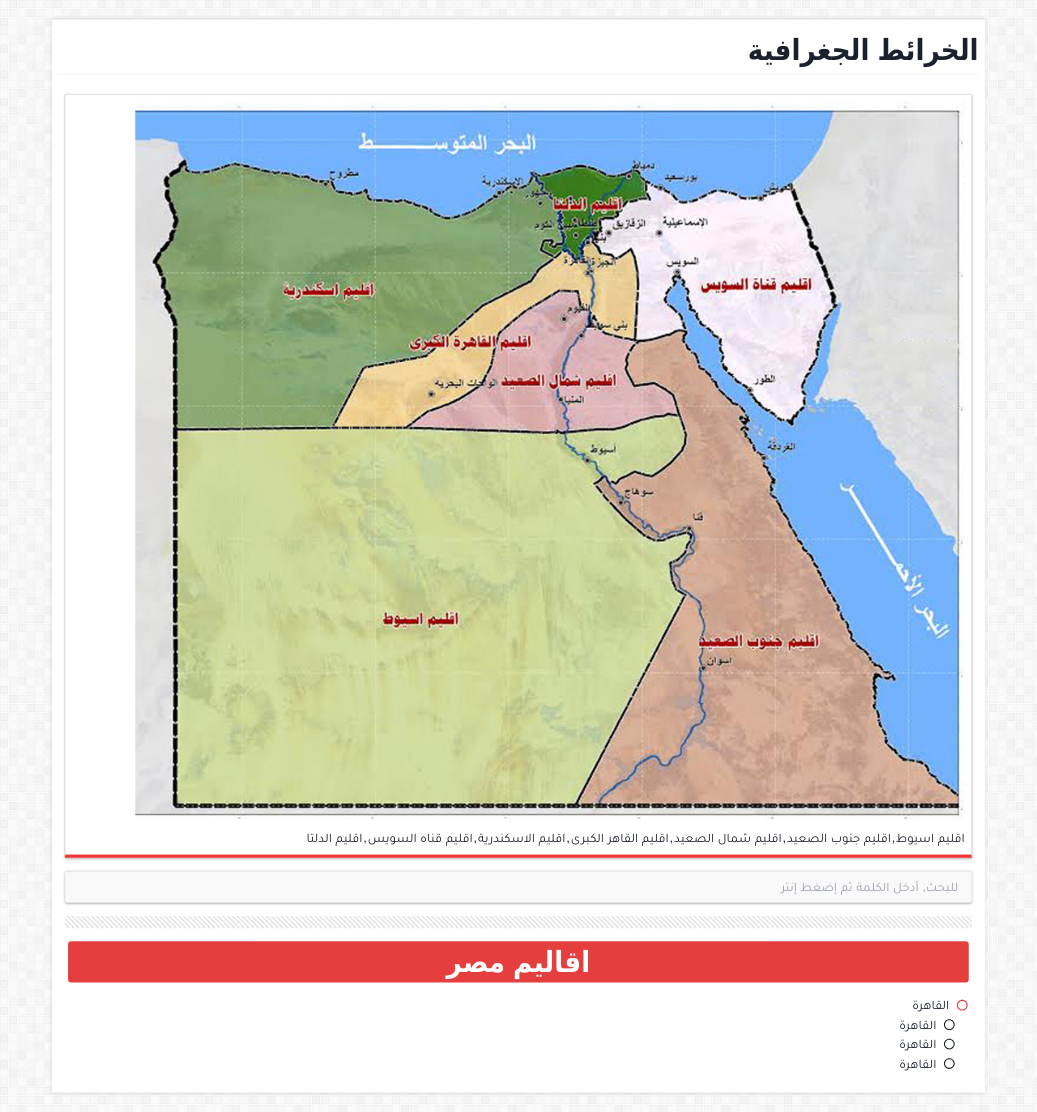
Repository: ahmed-mohamed-eng/egypt-gov-map
Page: /
The author's editor kept a copy of each file at every save. The page is drawn from the files as they stood at one save, then again after the next save.
The browser window is 1280 px wide. The pictures show the whole page, at 81% of full size.
Some web fonts or font styles are not loaded; a fallback is used. The project was rebuilt for these pictures with package versions that can differ from the ones it lists, and the page was loaded fresh each time. The framework's server and built-in components were replaced by stand-ins that run in the browser. Also part of the build but not shown: next.config.js.

Above is the page before, as saved 2022-05-30 14:22:43.

### pages/_app.tsx
import "../styles/globals.css";

import type { AppProps } from "next/app";

import { ChakraProvider, extendTheme } from "@chakra-ui/react";

const theme = extendTheme({
  fonts: {
    heading: `Arial, Helvetica,"Aref Ruqaa" ,'Segoe UI', Tahoma, Geneva, Verdana, sans-serif`,
  },
});

function MyApp({ Component, pageProps }: AppProps) {
  return (
    <ChakraProvider theme={theme}>
      <Component {...pageProps} />
    </ChakraProvider>
  );
}

export default MyApp;

### pages/_document.tsx
import Document, {
  Html,
  Head,
  Main,
  NextScript,
  DocumentContext,
} from "next/document";

class MyDocument extends Document {
  static async getInitialProps(ctx: DocumentContext) {
    const initialProps = await Document.getInitialProps(ctx);
    return { ...initialProps };
  }

  render() {
    return (
      <Html dir="rtl" lang="ar">
        <Head />
        <body>
          <Main />
          <NextScript />
        </body>
      </Html>
    );
  }
}

export default MyDocument;

### pages/index.tsx
import type { NextPage } from "next";

// Custom Components
import Header from "../components/Header";
import PageContainer from "../components/PageContainer";
import MainContentArea from "../components/MainContentArea";

const Home: NextPage = () => {
  return (
    <PageContainer>
      <Header headerTitle="الخرائط الجغرافية" />
      <MainContentArea />
    </PageContainer>
  );
};

export default Home;

### styles/globals.css
@import url("https://fonts.googleapis.com/css2?family=Amiri:ital,wght@0,700;1,400;1,700&family=Aref+Ruqaa:wght@400;700&family=Tajawal:wght@300;400;500;700;800;900&display=swap");

@tailwind base;
@tailwind components;
@tailwind utilities;

html,
body {
  padding: 0;
  margin: 0;
  font-family: -apple-system, BlinkMacSystemFont, Segoe UI, Roboto, Oxygen,
    Ubuntu, Cantarell, Fira Sans, Droid Sans, Helvetica Neue, sans-serif;
}

a {
  color: inherit;
  text-decoration: none;
}

* {
  box-sizing: border-box;
  font-family: Arial, Helvetica, "Tajawal", "Aref Ruqaa", "Segoe UI", Tahoma,
    Geneva, Verdana, sans-serif;
}

### components/Header/index.tsx
export { Header as default } from "./Header";

### components/PageContainer/index.tsx
export { PageContainer as default } from "./PageContainer";

### components/MainContentArea/index.tsx
export { MainContentArea as default } from "./MainContentArea";

### components/Header/Header.tsx
import { Divider, Flex, Heading, VStack } from "@chakra-ui/react";

export interface HeaderProps {
  headerTitle: string;
}

export const Header = (props: HeaderProps) => {
  return (
    <VStack
      as="header"
      w="full"
      justifyContent="center"
      alignItems="center"
      fontSize="1.5rem"
      fontFamily="arabic"
      flex="1"
    >
      <Heading w="full" textAlign="right" as="h1">
        {props.headerTitle}
      </Heading>
      <Flex w="full">
        <Divider orientation="horizontal" />
      </Flex>
    </VStack>
  );
};

### components/PageContainer/PageContainer.tsx
import { Center, Flex, VStack } from "@chakra-ui/react";

// import bgImage from "../../images/backgroundImage.png";

export const PageContainer = (props: any) => {
  return (
    <Flex backgroundImage={`url(/images/backgroundImage.png)`}>
      <Center w="full" h="full" py="1.5rem">
        <VStack
          bgColor="white"
          width={["90vw"]}
          minH="95vh"
          boxShadow="0 0 5px #CACACA"
          py="1rem"
          px="0.5rem"
          spacing="1rem"
        >
          {props.children}
        </VStack>
      </Center>
    </Flex>
  );
};

### components/MainContentArea/MainContentArea.tsx
import { VStack } from "@chakra-ui/react";

// Custom Components.
import MapArea from "./MapArea";
import SearchBox from "./SearchBox";
import StripeSeparator from "./StripeSeparator";
import QuickNavigationArea from "./QuickNavigationArea";

export const MainContentArea = () => {
  return (
    <VStack as="main" w="full" p="0.5rem" spacing="1rem" flex="14">
      <MapArea />
      <SearchBox placeholderTxt="للبحث, أدخل الكلمة ثم إضغط إنتر" />
      <StripeSeparator />
      <QuickNavigationArea />
    </VStack>
  );
};

### components/MainContentArea/MapArea/index.tsx
export { MapArea as default } from "./MapArea";

### components/MainContentArea/SearchBox/index.tsx
export { SearchBox as default } from "./SearchBox";

### components/MainContentArea/StripeSeparator/index.tsx
export { StripeSeparator as default } from "./StripeSeparator";

### components/MainContentArea/QuickNavigationArea/index.tsx
export { QuickNavigationArea as default } from "./QuickNavigationArea";

### components/MainContentArea/MapArea/MapArea.tsx
import { VStack } from "@chakra-ui/react";

// Custom Components.
import MapImage from "./MapImage";
import MapInfoDisplayedLinks from "./MapInfoDisplayedLinks";

// Constants.
import provinces from "../../../constants/provinces";

export const MapArea = () => {
  return (
    <VStack
      borderWidth="thin"
      borderColor="red.500"
      boxShadow="0 1px 3px 0 #b5b5b5"
      border="1px solid #DDD"
      borderBottom="4px solid #ef3636"
      p="0.5rem"
      w="full"
      spacing="0.5rem"
    >
      <MapImage />
      <MapInfoDisplayedLinks
        breadcrumbItems={provinces}
      />
    </VStack>
  );
};

### components/MainContentArea/SearchBox/SearchBox.tsx
import { Input } from "@chakra-ui/react";

export interface SearchBoxProps {
  placeholderTxt: string;
}

export const SearchBox = (props: SearchBoxProps) => {
  return (
    <Input
      w="full"
      backgroundColor="#F9F9F9"
      borderColor="#F1F1F1"
      borderTopColor="#DDD"
      borderBottomColor="#DDD"
      boxShadow="0 1px 3px 0 #B5B5B5"
      borderRadius="3px"
      placeholder={props.placeholderTxt}
    />
  );
};

### components/MainContentArea/StripeSeparator/StripeSeparator.tsx
import { Box } from "@chakra-ui/react";

export const StripeSeparator = () => {
  return <Box w="full" h="15px" bgImage="url(/images/stripe.png)"></Box>;
};

### components/MainContentArea/QuickNavigationArea/QuickNavigationArea.tsx
import { VStack, Heading } from "@chakra-ui/react";
import CitiesList from "./CitiesList";

export const QuickNavigationArea = () => {
  return (
    <VStack w="full" spacing="1rem" px="0.25rem">
      <Heading
        w="full"
        h="fit-content"
        borderRadius="0.25rem"
        color="white"
        bg="red.500"
        p="0.25rem"
        textAlign="center"
      >
        اقاليم مصر
      </Heading>
      <CitiesList
        list={[
          {
            provinceName: "القاهرة",
            url: "https://www.google.com",
            childItems: [
              {
                cityName: "القاهرة",
                url: "https://www.google.com/",
              },
              {
                cityName: "القاهرة",
                url: "https://www.google.com/",
              },
              {
                cityName: "القاهرة",
                url: "https://www.google.com/",
              },
            ],
          },
        ]}
      />
    </VStack>
  );
};

### components/MainContentArea/MapArea/MapImage/index.tsx
export { MapImage as default } from "./MapImage";

### components/MainContentArea/MapArea/MapInfoDisplayedLinks/index.tsx
export { MapInfoDisplayedLinks as default } from "./MapInfoDisplayedLinks";

### constants/provinces.ts
import { BreadcrumbElement } from "../components/MainContentArea/MapArea/MapInfoDisplayedLinks/MapInfoDisplayedLinks";

const provinces: Array<BreadcrumbElement> = [
  {
    text: "اقليم اسيوط",
    url: "#",
  },
  {
    text: "اقليم جنوب الصعيد",
    url: "#",
  },
  {
    text: "اقليم شمال الصعيد",
    url: "#",
  },
  {
    text: "اقليم القاهر الكبرى",
    url: "#",
  },
  {
    text: "اقليم الاسكندرية",
    url: "#",
  },
  {
    text: "اقليم قناه السويس",
    url: "#",
  },
  {
    text: "اقليم الدلتا",
    url: "#",
  },
];

export default provinces;

### components/MainContentArea/QuickNavigationArea/CitiesList/index.tsx
export { CitiesList as default } from "./CitiesList";

### components/MainContentArea/MapArea/MapImage/MapImage.tsx
import React from "react";

import { Flex, Image } from "@chakra-ui/react";

// Images Sources.
import mapImage from "../../../../images/Egypt_Provinces.jpg";

export const MapImage = () => {
  return (
    <Flex w="full">
      <Image mixBlendMode="multiply" src={mapImage.src} alt="Egypt Province Map" />
    </Flex>
  );
};

### components/MainContentArea/MapArea/MapInfoDisplayedLinks/MapInfoDisplayedLinks.tsx
import { v4 as uuidV4 } from "uuid";

import { Breadcrumb, BreadcrumbItem, BreadcrumbLink } from "@chakra-ui/react";

export type BreadcrumbElement = {
  url: string;
  text: string;
};

export interface MapInfoDisplayedLinksProps {
  breadcrumbItems: Array<BreadcrumbElement>;
}

export const MapInfoDisplayedLinks = (props: MapInfoDisplayedLinksProps) => {
  const breadcrumbItems = props.breadcrumbItems.map((item) => {
    return (
      <BreadcrumbItem key={uuidV4()}>
        <BreadcrumbLink
          maxW="fit-content"
          _hover={{
            textDecoration: "none",
            fontWeight: "600",
          }}
          href={item.url}
        >
          {item.text}
        </BreadcrumbLink>
      </BreadcrumbItem>
    );
  });

  return (
    <Breadcrumb spacing="1px" separator="," w="full">
      {breadcrumbItems}
    </Breadcrumb>
  );
};

### components/MainContentArea/QuickNavigationArea/CitiesList/CitiesList.tsx
import { v4 as uuidV4 } from "uuid";

import { List, ListItem, ListIcon } from "@chakra-ui/react";

import { BiCircle } from "react-icons/bi";

export type city = {
  cityName: string;
  url: string;
};

export type province = {
  provinceName: string;
  url: string;
  childItems: Array<city>;
};

export interface CitiesListProps {
  list: Array<province>;
}

export const CitiesList = (props: CitiesListProps) => {
  const items = props.list.map((item, parentIndex) => {
    return (
      <List key={uuidV4()}>
        <ListItem as="a" href={item.url}>
          <ListIcon as={BiCircle} color="red.500" fill="red.500" />
          {item.provinceName}
        </ListItem>
        {item.childItems.map((childItem) => {
          return (
            <List key={uuidV4()} pr={`${parentIndex + 1}rem`}>
              <ListItem as="a" href={childItem.url}>
                <ListIcon as={BiCircle} />
                {childItem.cityName}
              </ListItem>
            </List>
          );
        })}
      </List>
    );
  });
  return <List w="full">{items}</List>;
};

Loaded but not shown: tailwind.config.js (common file)

After the next save:
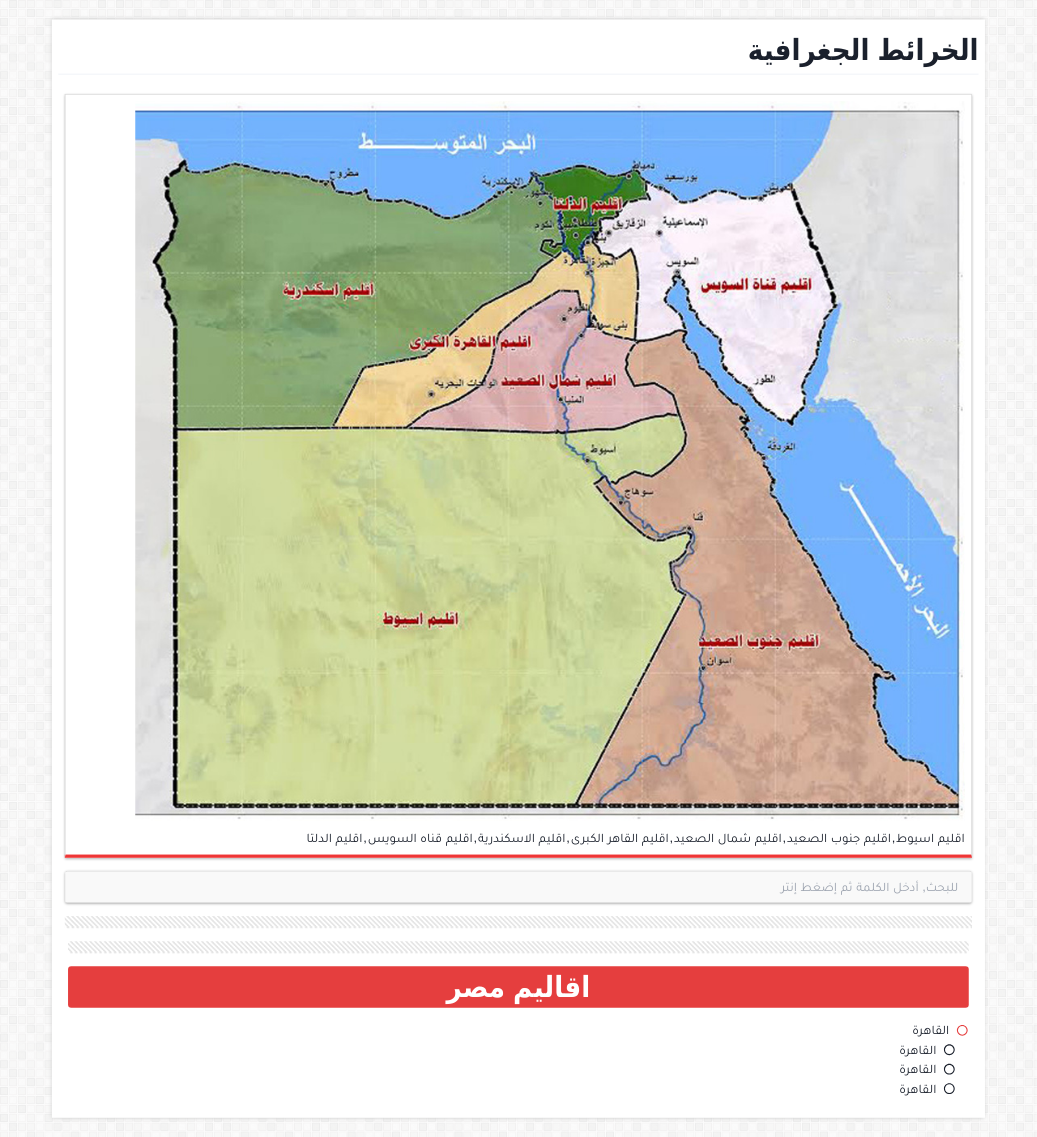
Saved 62 s later.
--- a/components/MainContentArea/QuickNavigationArea/QuickNavigationArea.tsx
+++ b/components/MainContentArea/QuickNavigationArea/QuickNavigationArea.tsx
@@ -1,9 +1,11 @@
 import { VStack, Heading } from "@chakra-ui/react";
+import StripeSeparator from "../StripeSeparator";
 import CitiesList from "./CitiesList";
 
 export const QuickNavigationArea = () => {
   return (
     <VStack w="full" spacing="1rem" px="0.25rem">
+      <StripeSeparator />
       <Heading
         w="full"
         h="fit-content"

After the save that followed:
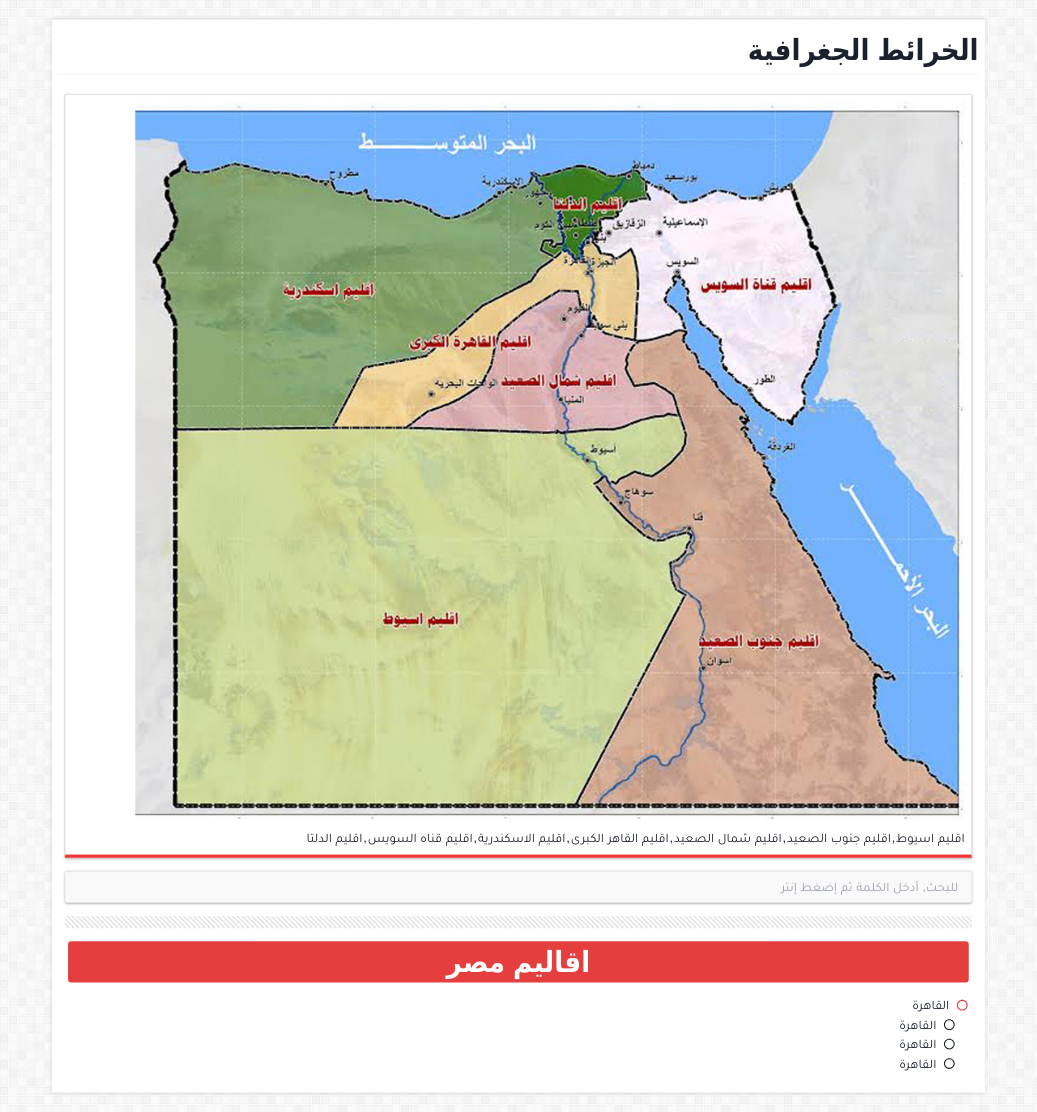
Saved 17 s later.
--- a/components/MainContentArea/QuickNavigationArea/QuickNavigationArea.tsx
+++ b/components/MainContentArea/QuickNavigationArea/QuickNavigationArea.tsx
@@ -1,11 +1,9 @@
 import { VStack, Heading } from "@chakra-ui/react";
-import StripeSeparator from "../StripeSeparator";
 import CitiesList from "./CitiesList";
 
 export const QuickNavigationArea = () => {
   return (
     <VStack w="full" spacing="1rem" px="0.25rem">
-      <StripeSeparator />
       <Heading
         w="full"
         h="fit-content"
